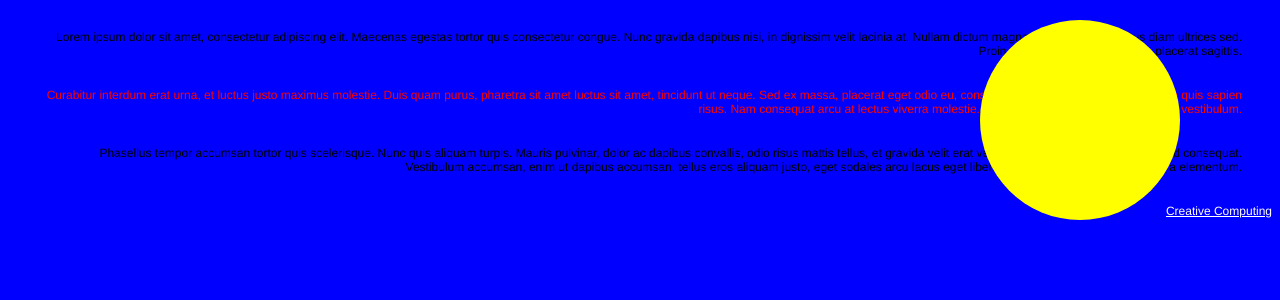
Repository: Nnetterz/Nnetterz.github.io
Page: index.html
The author's editor kept a record of every edit. The page is drawn from the files as they stood at one moment, then again after the next edit.
The browser window is 1280 px wide. The pictures show the whole page.

Above is the page before.

### index.html
<!DOCTYPE html>
<html>
    <head>
        <title>HELLO WORLD</title>
        <link href="style.css" rel="stylesheet">
    </head>
    <body>
        <div class="one">

      </div>

        <p>Lorem ipsum dolor sit amet, consectetur adipiscing elit. Maecenas egestas tortor quis consectetur congue. Nunc gravida dapibus nisi, in dignissim velit lacinia at. Nullam dictum magna sapien, vitae rhoncus diam ultrices sed. Proin elementum quam in neque placerat sagittis.</p>

       <p class="paragraph2"> Curabitur interdum erat urna, et luctus justo maximus molestie. Duis quam purus, pharetra sit amet luctus sit amet, tincidunt ut neque. Sed ex massa, placerat eget odio eu, consectetur hendrerit justo. Pellentesque quis sapien risus. Nam consequat arcu at lectus viverra molestie. Quisque mattis urna molestie viverra vestibulum.</p>

       <p>Phasellus tempor accumsan tortor quis scelerisque. Nunc quis aliquam turpis. Mauris pulvinar, dolor ac dapibus convallis, odio risus mattis tellus, et gravida velit erat vel elit. In eleifend commodo risus sed consequat. Vestibulum accumsan, enim ut dapibus accumsan, tellus eros aliquam justo, eget sodales arcu lacus eget libero. Etiam vehicula sit amet augue a elementum.</p>

       <a href=" ">Creative Computing</a>

    </body>
</html>

### style.css
body {
    background-color: blue;
    font-size: 12px;
    font-family: helvetica, arial, sans-serif;
    text-align: right;

}

p {
    margin: 30px;
}

.paragraph2 {
    color: red;
}

.one {
    width: 200px;
    height: 200px;
    background-color: yellow;
    position: fixed;
    top: 20px;
    right: 100px;
    border-radius: 100px;

}

.one:hover {
    background-color: black;
}

a:link {
    color:white;
}

a:hover {
    color: black;
}

After the next edit:
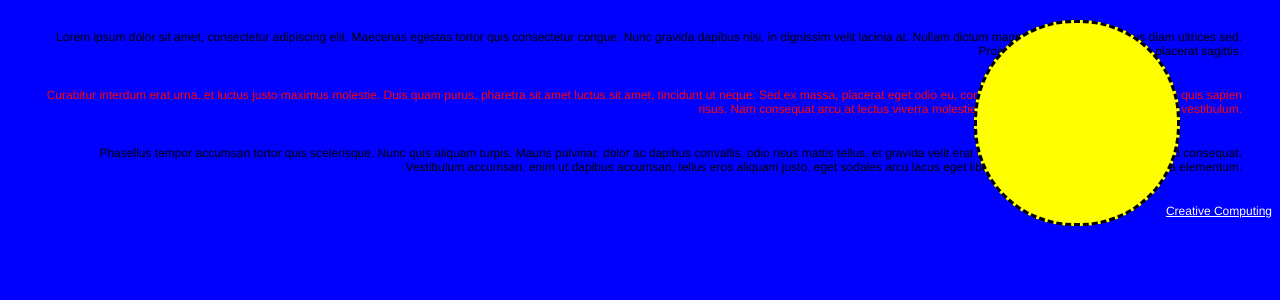
The edit:
--- a/style.css
+++ b/style.css
@@ -22,6 +22,7 @@
     top: 20px;
     right: 100px;
     border-radius: 100px;
+    border: dashed black;
 
 }
 
